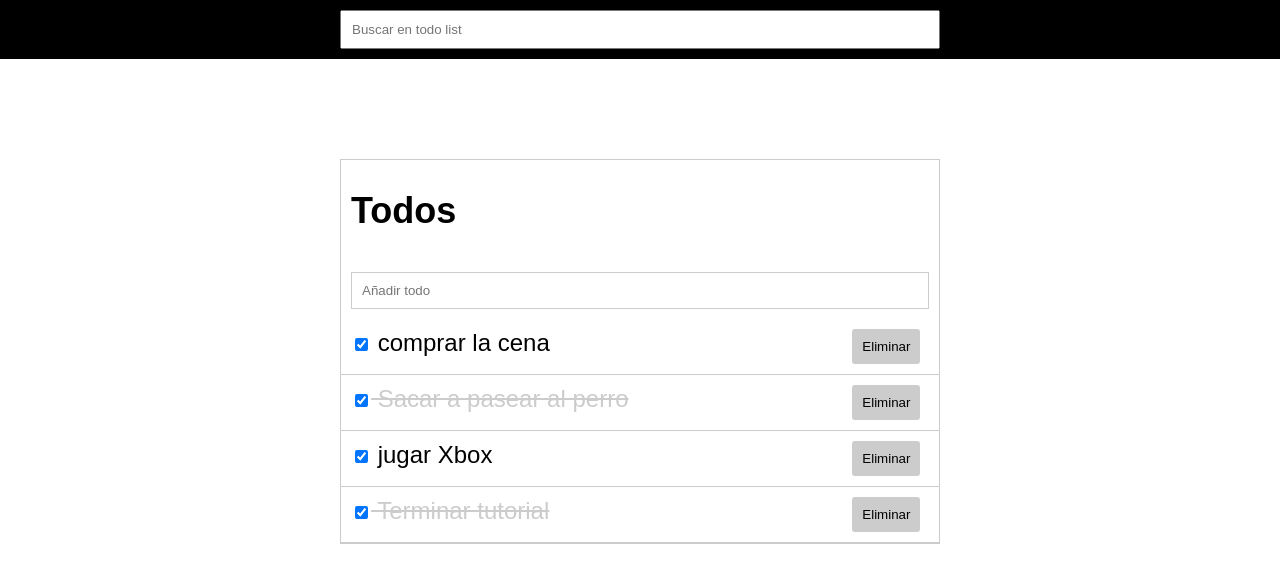
Repository: MauriVaz/Primer-app-con-Vue
Page: /
The author's editor kept a copy of each file at every save. The page is drawn from the files as they stood at one save, then again after the next save.
The browser window is 1280 px wide. The pictures show the whole page.
The project was rebuilt for these pictures with package versions that can differ from the ones it lists, and the page was loaded fresh each time. Also part of the build but not shown: vue.config.js.

Above is the page before, as saved 2022-12-28 21:58:38.

### public/index.html
<!DOCTYPE html>
<html lang="">
  <head>
    <meta charset="utf-8">
    <meta http-equiv="X-UA-Compatible" content="IE=edge">
    <meta name="viewport" content="width=device-width,initial-scale=1.0">
    <link rel="icon" href="<%= BASE_URL %>favicon.ico">
    <title><%= htmlWebpackPlugin.options.title %></title>
  </head>
  <body>
    <noscript>
      <strong>Por favor activa Javascript</strong>
    </noscript>
    <div id="app"></div>
    <!-- built files will be auto injected -->
  </body>
</html>

### src/App.vue
<template>
  <div>
    <div id="header">
      <Search v-on:query-change="querySearch" />
    </div>

    <div id="main-container">
      <h2>Todos</h2>
      <TodoAdd v-on:add-todo="addTodo"/>
      <Todos v-bind:todoslist="copyTodos" v-on:delete-todo="deleteTodo" />
    </div>
  </div>
</template>

<script>
//import HelloWorld from './components/HelloWorld.vue'
import Search from './components/Search';
import Todos from './components/Todos';
import TodoAdd from './components/TodoAdd';

export default {
  name: 'App',
  components: {
    Todos, TodoAdd, Search
  },
  methods: {
    deleteTodo(id){
      this.todos = this.todos.filter(todo => todo.id != id);
      this.copyTodos = [...this.todos];
    },
    addTodo(todo){
      this.todos.push(todo);
      this.copyTodos = [...this.todos];
    },
    querySearch(query){
      if(query.trim() === ''){
        this.copyTodos = [...this.todos];
      }else{
        const temp = this.todos.filter(todo =>{
          return todo.title.includes(query)
        });

        this.copyTodos = [...temp];
      }
    }
  },
  data(){
    return {
      todos: [
        {
          id: 0,
          title:  'comprar la cena',
          completed: false
        },
        {
         id: 1,
         title: 'Sacar a pasear al perro',
         completed: true
       },
       {
         id: 2,
         title: 'jugar Xbox',
         completed: false
       },
       {
         id: 3,
         title: 'Terminar tutorial',
         completed: true
       }
      ],
      copyTodos: []
    }
  },
  created(){
    this.copyTodos = [...this.todos];
  }
}
</script>

<style>
  *{
    box-sizing: border-box;
  }

  body{
    font-family: Arial, Helvetica, sans-serif;
    font-size: 1.5em;
    padding: 0;
    margin: 0;
  }

  #main-container{
    border: solid 1px #ccc;
    width: 600px;
    margin: 100px auto;
  }

  #header{
    background: black;
    padding: 10px;
  }

  h2{
    padding: 0 10px;
  }
</style>

### src/components/Search.vue
<!-- eslint-disable vue/multi-word-component-names -->
<template>
    <div id="search-container">
        <input type="text" placeholder="Buscar en todo list" v-model="query" v-on:input="$emit('query-change', query)">
    </div>
</template>

<script>
export default {
    // eslint-disable-next-line vue/multi-word-component-names
    name: 'Search',
    data(){
        return {
            query: ''
        }
    }
}
</script>

<style scoped>
    #search-container{
        width: 600px;
        margin: 0 auto;
    }

    input{
        padding: 10px;
        width: 100%;
        outline: none;
    }
</style>

### src/components/Todos.vue
<template>
    <div>
        <div v-bind:key="todo.id" v-for="todo in todoslist">
            <TodoItem v-bind:todo="todo" v-on:delete-todo="$emit('delete-todo', todo.id)" />
        </div>
    </div>
</template>

<script>
import TodoItem from './TodoItem';

    export default {
        // eslint-disable-next-line vue/multi-word-component-names
        name: 'Todos',
        props: ['todoslist'],
        components:{TodoItem}
    }
</script>

<style>
</style>

### src/components/TodoAdd.vue
<template>
    <div id="add-container">
        <form @submit="addTodo">
            <input type="text" placeholder="Añadir todo" v-model="title">
        </form>
    </div>
</template>

<script>
import { uuid } from 'vue-uuid';

export default {
    name: 'TodoAdd',
    data(){
        return {
            title: ''
        }
    },
    methods:{
        addTodo(e){
            e.preventDefault();

            const newTodo = {
                id: uuid.v4(),
                title: this.title,
                completed: false
            };

            this.title = '';
            this.$emit('add-todo', newTodo);
        }
    }
}
</script>

<style scoped>
    #add-container{
        padding: 10px;
    }
    input{
        padding: 10px;
        outline: none;
        border: solid 1px #ccc;
        width: 100%;
    }
</style>

### src/components/TodoItem.vue
<template>
    <div class="todo" v-bind:class="{completed: todo.completed}">
        <div class="todo-body" >
            <input type="checkbox"
                v-bind:checked="todo.completed ? 'checked': ''"
                v-on:change="checkTodo">
            {{todo.title}}
        </div>

        <div class="todo-actions">
            <button @click="$emit('delete-todo', todo.id)">Eliminar</button>
        </div>
    </div>
</template>

<script>
    export default {
        name: 'TodoItem',
        props: ['todo'],
        methods: {
            checkTodo(){
                // eslint-disable-next-line vue/no-mutating-props
                this.todo.completed =! this.todo.completed;
            }
        }
    }
</script>

<style scoped>
    .todo{
        border-bottom: solid 1px #ccc;
        padding: 10px;
    }

    .todo:not(.completed):hover{
        background-color: #eee;
    }

    .completed{
        color: #ccc;
        text-decoration: line-through;
    }
    .completed .todo-body{
        text-decoration: line-through;
    }

    .todo-body, .todo-actions{
        display: inline-block;
        vertical-align: top;
    }

    .todo-body{
        width: 85%;
    }
    .todo-actions{
        padding: 0 10px;
        width: 10%;
    }

    button{
        border: none;
        border-radius: 3px;
        padding: 10px;
        background-color: #ccc;
        color: black;
    }
    button:hover{
        background-color: #da2020;
        color: white;
    }
</style>

Loaded but not shown: src/main.js (common file)

After the next save:
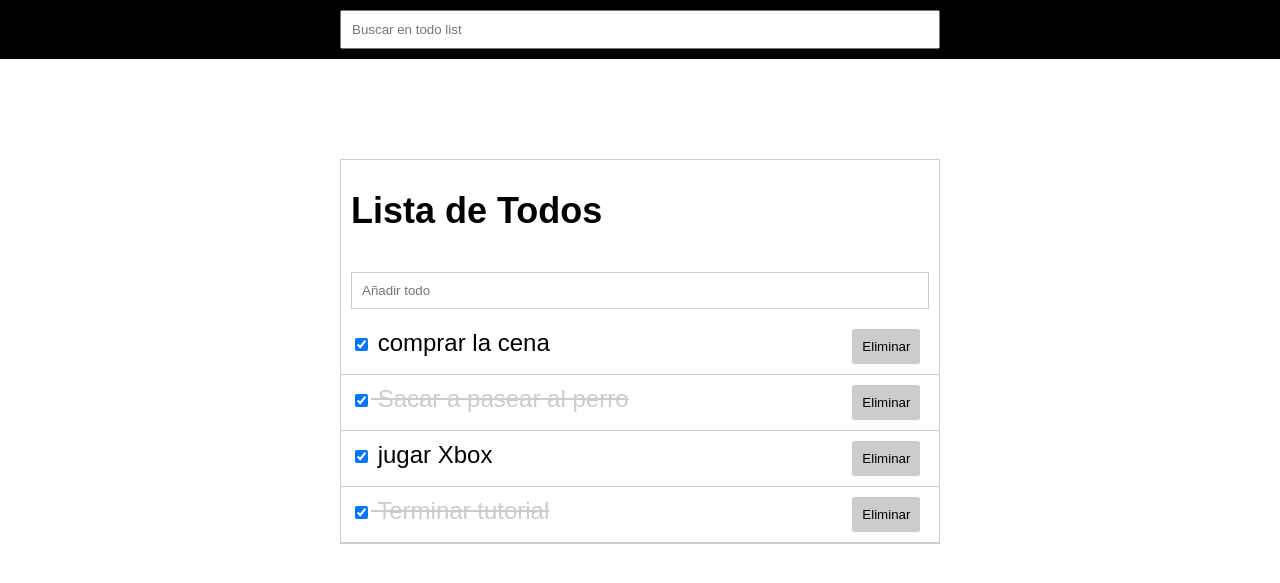
Saved 20 s later.
--- a/src/App.vue
+++ b/src/App.vue
@@ -5,7 +5,7 @@
     </div>
 
     <div id="main-container">
-      <h2>Todos</h2>
+      <h2>Lista de Todos</h2>
       <TodoAdd v-on:add-todo="addTodo"/>
       <Todos v-bind:todoslist="copyTodos" v-on:delete-todo="deleteTodo" />
     </div>
